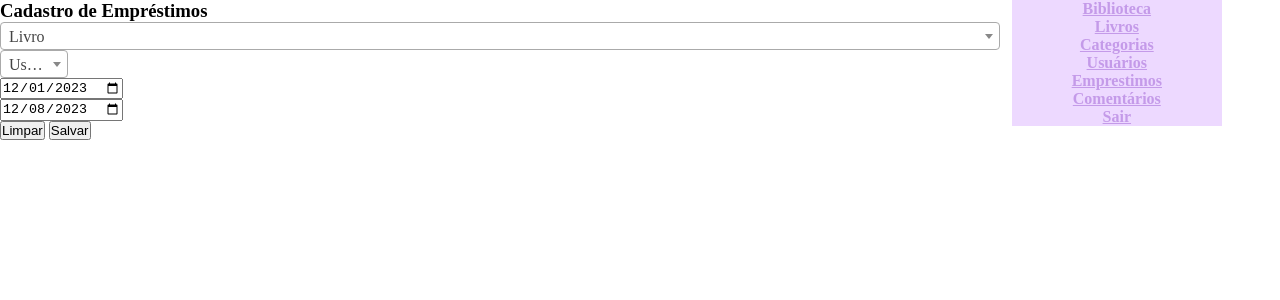
Repository: Matheus-Ghizoni/Rainbow-Library
Page: arcoiris/src/main/webapp/pages/admin/loan.html
The author's editor kept a copy of each file at every save. The page is drawn from the files as they stood at one save, then again after the next save.
The browser window is 1280 px wide. The pictures show the whole page.
The page's requests for data from a server got no answer. Some web libraries are served in a nearby version.

Above is the page before, as saved 2023-12-06 17:54:31.
Console error: ReferenceError: jQuery is not defined

### arcoiris/src/main/webapp/pages/admin/loan.html
<html lang="en">

<head>
	<meta charset="UTF-8">
	<meta name="viewport" content="width=device-width, initial-scale=1.0">
	<link rel="stylesheet" href="../../css/admin.css">
	<link rel="stylesheet" type="text/css" href="../../css/jquery-ui.css">
	<link href="https://cdn.jsdelivr.net/npm/select2@4.1.0-beta.1/dist/css/select2.min.css" rel="stylesheet" />
	<script src="../../js/loan.js"></script>
	<script src="../../js/jquery-ui.js"></script>
	<script src="https://code.jquery.com/jquery-3.6.4.min.js"
		integrity="sha256-oP6HI9z1XaZNBrJURtCoUT5SUnxFr8s3BzRl+cbzUq8=" crossorigin="anonymous"></script>
	<script src="https://cdn.jsdelivr.net/npm/select2@4.1.0-beta.1/dist/js/select2.min.js"></script>
	<title>Loan</title>
</head>

<body>
	<!-- Menu -->
	<div class="menu">
		<div class="d-flex justify-content-center">
			<img class="menu-img" src="../../imgs/menu.png">
		</div>
	</div>
	<div class="modal-menu">
		<a href="library.html">Biblioteca</a> <br>
		<a href="book.html">Livros</a> <br>
		<a href="category.html">Categorias</a> <br>
		<a href="user.html">Usuários</a> <br>
		<a href="loan.html">Emprestimos</a> <br>
		<a href="comment.html">Comentários</a><br>
		<a href="../../index.html">Sair</a>
	</div>

	<!--	Modal Emprestimo  -->
	<h3>Cadastro de Empréstimos</h3>
	<form class="frmloan">
		<select name="type" class="selectBooks" id="selectBooks" onload="getAllBooks()" style="width: 1000px;">
			<option value="">Livro</option>
		</select><br>
		<select name="type" class="selectUsers" id="selectUsers" onload="getAllUsers()">
			<option value="">Usuário</option>
		</select><br>
		<input type="date" placeholder="Data de empréstimo" id="inputStartDateLoan"><br>
		<input type="date" placeholder="Prazo de Devolução" id="inputDeadlineDateLoan"><br>
		<button type="reset">Limpar</button>
		<button onclick="insertLoan()">Salvar</button>
	</form>

</body>
<script>
	$(document).ready(function () {
		$('.selectUsers').select2();
		$('.selectBooks').select2();
	});
</script>

</html>

### arcoiris/src/main/webapp/css/admin.css
/* Reset */
* {
	padding: 0;
	margin: 0;
	box-sizing: border-box;
}

/* Menu */
.menu {
	position: absolute;
	top: 30px;
	right: 130px;
}

.menu-img {
	width: 70px;
	height: 70px;
}

/* Menu Modal*/
.modal-menu {
	background: #EDD9FF;
	display: block;
	position: fixed;
	align-items: center;
	text-align: center;
	right: 58px;
}

.modal-menu a {
	color: #C49AE9;
	font-weight: bold;
	margin: 60px;
}

.edit {
	width: 16px;
	height: 16px;
}

### arcoiris/src/main/webapp/js/loan.js
document.addEventListener("DOMContentLoaded", function() {
	getStartDate();
	getDeadlineDate();
	getAllUsers();
	getAllBooks();
});

function getStartDate() {
	let today = new Date();
	let date = today.getFullYear() + '-' +
		(today.getMonth() + 1).toString().padStart(2, '0') + '-' +
		today.getDate().toString().padStart(2, '0');
	document.getElementById('inputStartDateLoan').value = date;
}

function getDeadlineDate() {
	let today = new Date();
	let date = today.getFullYear() + '-' +
		(today.getMonth() + 1).toString().padStart(2, '0') + '-' +
		(today.getDate() + 7).toString().padStart(2, '0');
	document.getElementById('inputDeadlineDateLoan').value = date;
}

function getAllUsers() {
	$.ajax({
		type: "GET",
		url: "/arcoiris/rest/user/getAllUsers",
		success: function(data) {
			dados = JSON.parse(data);
			displayUsers(dados);
		},
		error: function(info) {
			alert("Erro ao buscar usuários: " + info.status + " - " + info.statusText);
		}
	})
}

function displayUsers(listUsers) {
	select = "#selectUsers";
	if (listUsers != "") {
		$(select).html("");
		var option = document.createElement("option");
		option.setAttribute("value", "");
		option.innerHTML = ("Selecione");
		$(select).append(option);

		for (var i = 0; i < listUsers.length; i++) {
			if (listUsers[i].status == 1) {
				var option = document.createElement("option");
				option.setAttribute("value", listUsers[i].CPF);
				option.innerHTML = (listUsers[i].name);
				$(select).append(option);
			}
		}

	} else {
		$(select).html("");

		var option = document.createElement("option");
		option.setAttribute("value", "");
		option.innerHTML = ("Cadastre um usuário primeiro!");
		$(select).append(option);
		$(select).addClass("aviso");
	}
}

function getAllBooks() {
	const title = "";
	$.ajax({
		type: "GET",
		url: "/arcoiris/rest/book/getAllBooks",
		data: "title=" + title,
		success: function(dados) {
			dados = JSON.parse(dados);
			displayBooks(dados);
			console.log(dados)
		},
		error: function(info) {
			alert("Erro ao buscar livros: " + info.status + " - " + info.statusText);
		}
	})
}

function displayBooks(listBooks) {
	select = "#selectBooks";
	if (listBooks != "") {
		$(select).html("");
		var option = document.createElement("option");
		option.setAttribute("value", "");
		option.innerHTML = ("Selecione");
		$(select).append(option);

		for (var i = 0; i < listBooks.length; i++) {
			if (listBooks[i].status == 1) {
				var option = document.createElement("option");
				option.setAttribute("value", listBooks[i].code);
				option.innerHTML = (listBooks[i].title);
				$(select).append(option);
			}
		}

	} else {
		$(select).html("");

		var option = document.createElement("option");
		option.setAttribute("value", "");
		option.innerHTML = ("Cadastre um livro primeiro!");
		$(select).append(option);
		$(select).addClass("aviso");
	}
}

function insertLoan() {
	const bookLoan = document.getElementById("inputBookLoan");
	const userLoan = document.getElementById("inputUserLoan");
	const deadlineDateLoan = document.getElementById("inputDeadlineDateLoan");

	const loan = {
		book: bookLoan.value,
		user: userLoan.value,
		startDate: startDateLoan.value,
		deadlineDate: deadlineDateLoan.value
	};

	if ((loan.book == "") || (loan.user == "") || (loan.startDate == "") || (loan.deadlineDate == "")) {
		alert("Preencha todos os campos!");
	} else {
		$.ajax({
			type: "POST",
			url: "/arcoiris/rest/loan/insert",
			data: JSON.stringify(loan),
			success: function(msg) {
				alert(msg);
				$("#frmloan").trigger("reset");
			},
			error: function(info) {
				alert("Erro realizar um novo empréstimo: " + info.status + " - " + info.statusText);
			}
		});
	}
}

Loaded but not shown: arcoiris/src/main/webapp/css/jquery-ui.css (library); arcoiris/src/main/webapp/js/jquery-ui.js (library)

After the next save:
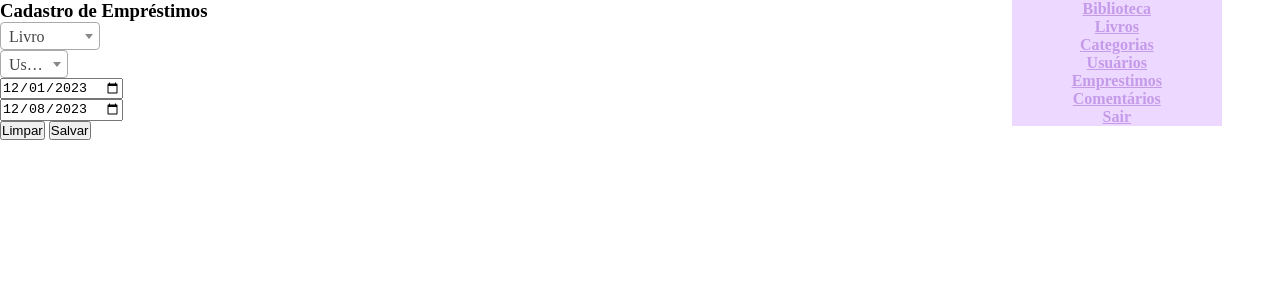
Saved 13 s later.
--- a/arcoiris/src/main/webapp/pages/admin/loan.html
+++ b/arcoiris/src/main/webapp/pages/admin/loan.html
@@ -34,7 +34,7 @@
 	<!--	Modal Emprestimo  -->
 	<h3>Cadastro de Empréstimos</h3>
 	<form class="frmloan">
-		<select name="type" class="selectBooks" id="selectBooks" onload="getAllBooks()" style="width: 1000px;">
+		<select name="type" class="selectBooks" id="selectBooks" onload="getAllBooks()" style="width: 100px;">
 			<option value="">Livro</option>
 		</select><br>
 		<select name="type" class="selectUsers" id="selectUsers" onload="getAllUsers()">
